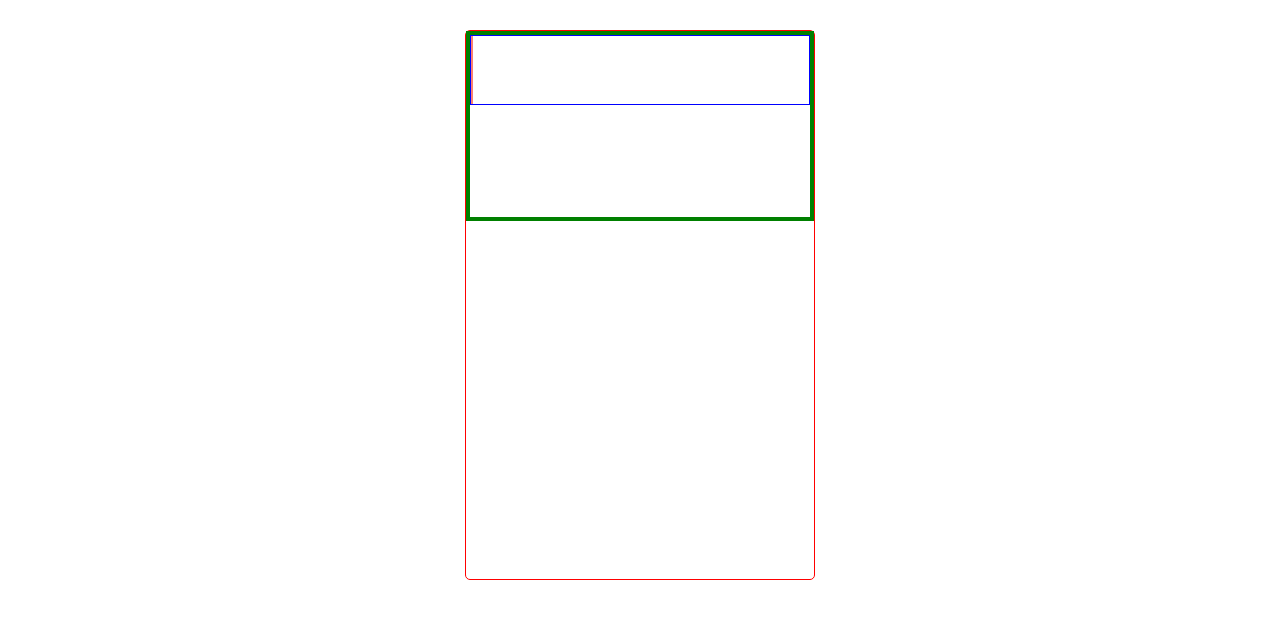
Repository: OfirLana/Calculator
Page: index.html
The author's editor kept a copy of each file at every save. The page is drawn from the files as they stood at one save, then again after a run of saves.
The browser window is 1280 px wide. The pictures show the whole page.

Above is the page before, as saved 2019-03-12 17:29:44.

### index.html
<!DOCTYPE html>
<html lang="en">

<head>
    <meta charset="UTF-8">
    <meta name="viewport" content="width=device-width, initial-scale=1.0">
    <meta http-equiv="X-UA-Compatible" content="ie=edge">
    <link href="https://fonts.googleapis.com/css?family=Lato:100,300,400,700,900" rel="stylesheet">
    <title>Document</title>
    <link rel="stylesheet" href="style.css">
</head>

<body>
    <div class="calculator">
        <div class="out_put_box">
            <div class="main_out_put">
                <div class="sub_out_put">

                </div>
            </div>
        </div>
    </div>
    <script src="index.js"></script>
</body>

</html>

### style.css
* {
    margin: 0;
    padding: 0;
    box-sizing: border-box;
    }

html{
    font-size:62.5%;
}

body {
    font-family: "Lato", sans-serif;
    font-weight: 400;
    font-size: 1.6rem;
    line-height: 1.7;
    color: #777;
    padding: 3rem;
    }

    .calculator{
        display:flex;
        margin:0 auto;
        width:35rem;
        height:55rem;
        border:1px solid red;
        border-radius:5px;
    }

    .out_put_box{
        display:flex;
        flex-direction: column;
        height:19rem;
        border:4px solid green;
        width:100%;

    }

    .main_out_put{
        display:flex;
        border:1px solid blue;
        height:7rem;
        justify-content: flex-start;
    }

    .sub_out_put{
        display:flex;
        border:1px solid salmon;
        justify-content: flex-end;
    }

Loaded but not shown: index.js (no copy from this time; the picture is the same without it)

After the next 4 saves:
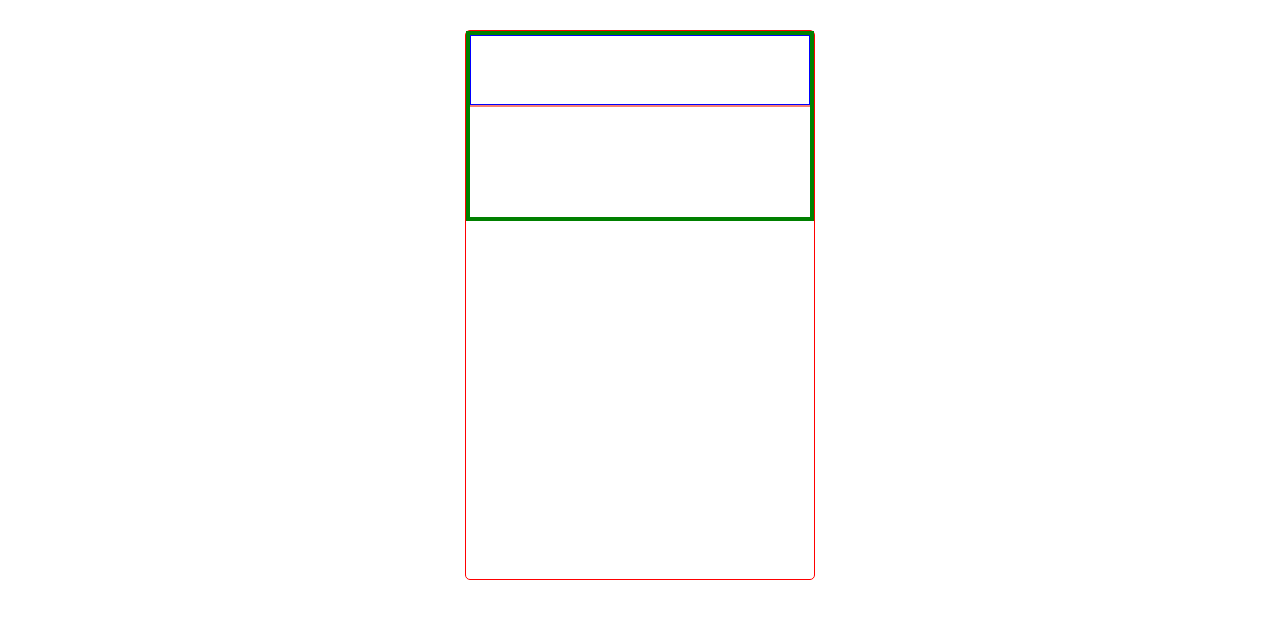
The 4 saves are shown as one change because they came seconds apart.
The last was saved 28 s later.
--- a/index.html
+++ b/index.html
@@ -14,9 +14,9 @@
     <div class="calculator">
         <div class="out_put_box">
             <div class="main_out_put">
-                <div class="sub_out_put">
+            </div>
+            <div class="sub_out_put">
 
-                </div>
             </div>
         </div>
     </div>
